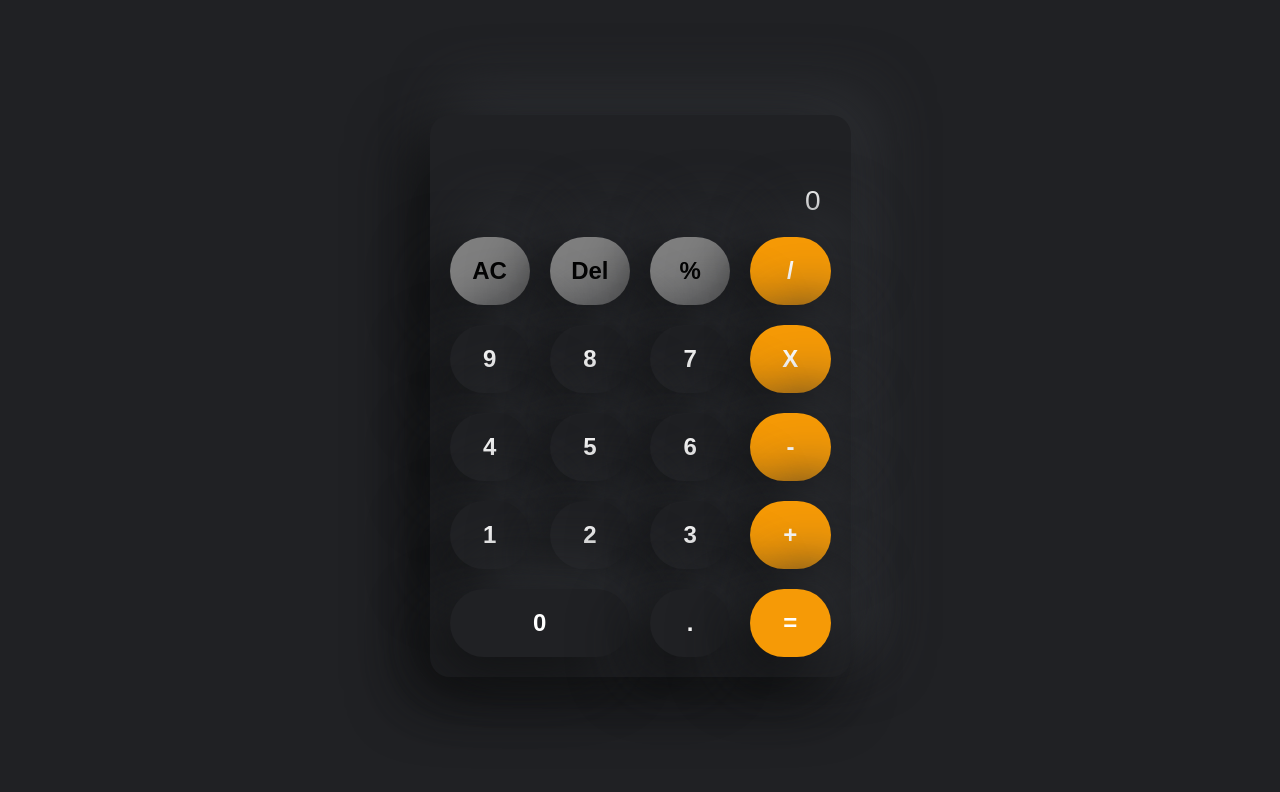
Repository: ble-syn/reactCalculator
Page: /
The author's editor kept a copy of each file at every save. The page is drawn from the files as they stood at one save, then again after the next save.
The browser window is 1280 px wide. The pictures show the whole page.
The project was rebuilt for these pictures with package versions that can differ from the ones it lists, and the page was loaded fresh each time.

Above is the page before, as saved 2022-10-06 23:04:11.

After the next save:
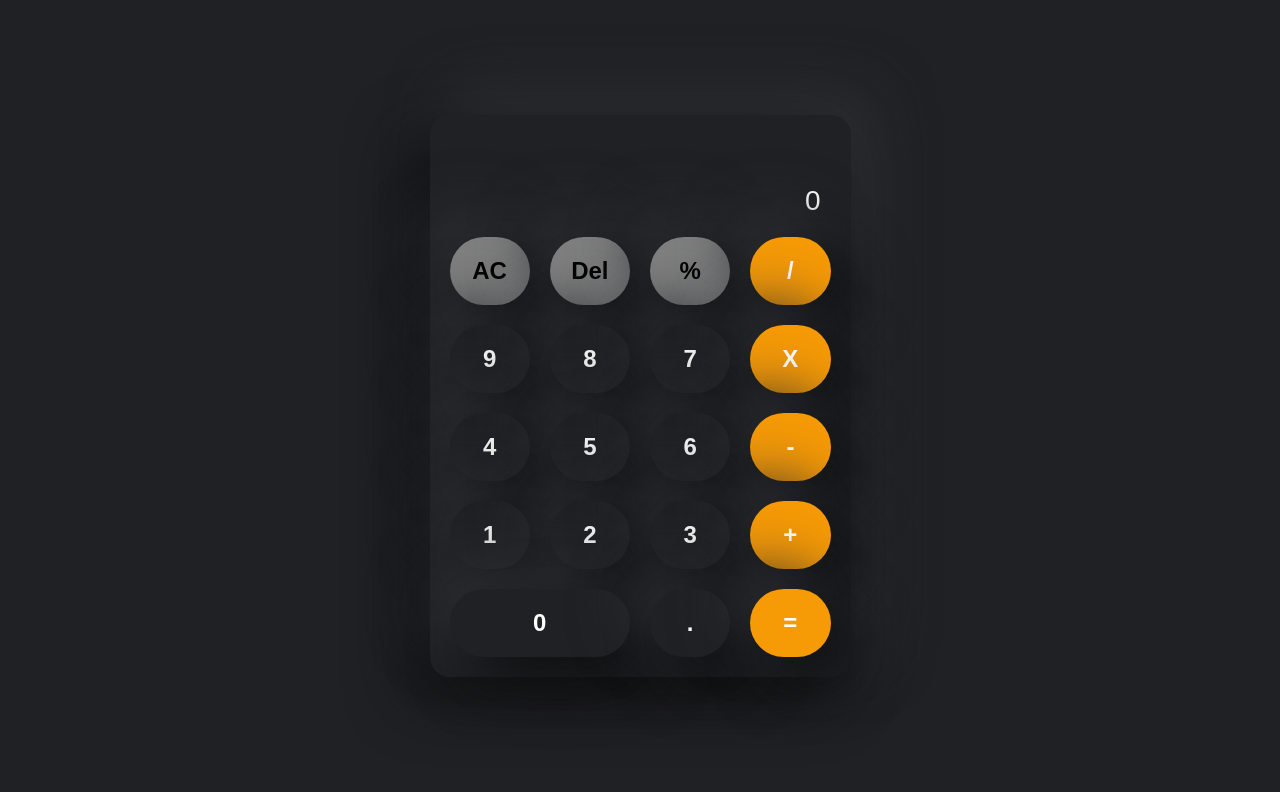
Saved 92 s later.
--- a/src/index.css
+++ b/src/index.css
@@ -55,8 +55,8 @@ button {
   font-size: 24px;
   cursor: pointer;
   background: #202124;
-  box-shadow:  -20px 20px 60px #101112,
-             20px -20px 60px #303236;
+  box-shadow:  20px 20px 60px #0d0d0e,
+  -20px -20px 60px #33353a;
 }
 button:focus {
   background-color: #D1D1D1;
